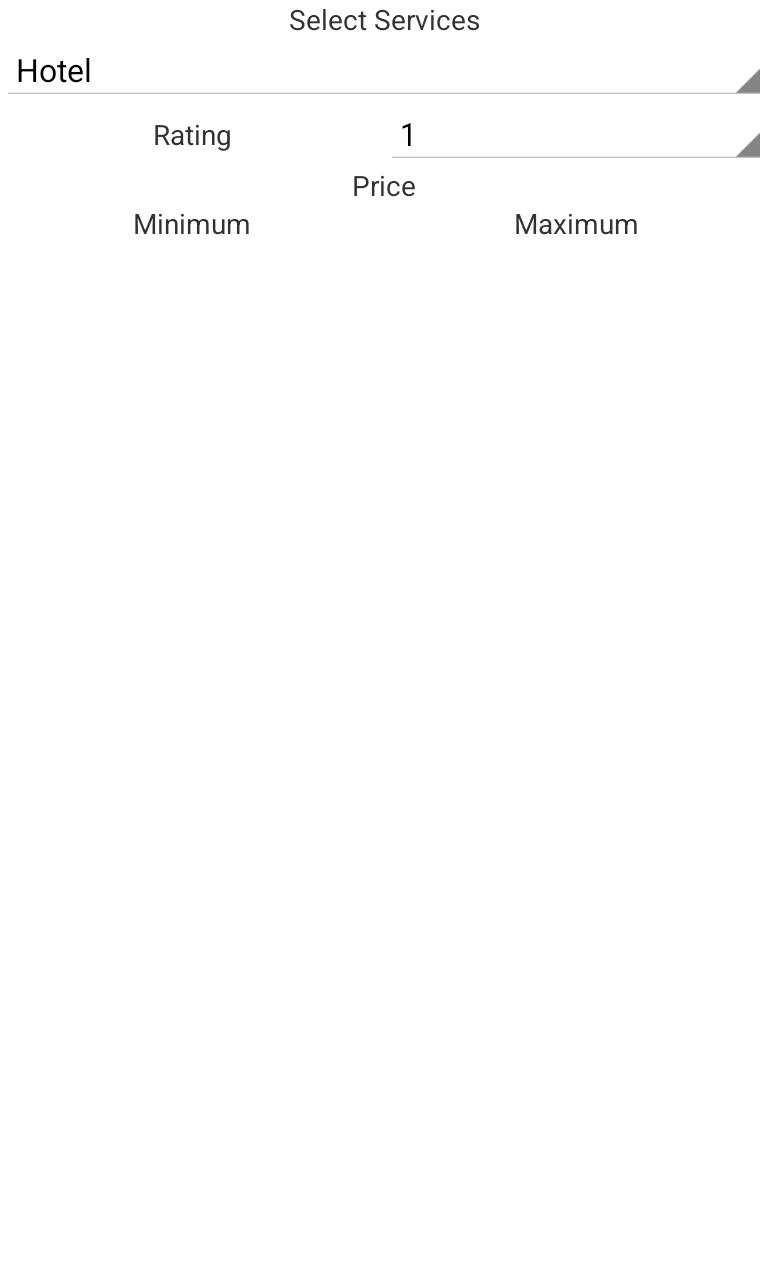
Repository: AungWinnHtut/projAndroid
Layout: com.engineer4myanmar.json.MainActivity/res/layout/activity_search.xml
These files come from the project's save history. The layout is drawn as it stood at one moment and after the next save; the edit follows.
It is drawn on a 768 x 1280 px phone screen (xhdpi) without system bars, with theme AppTheme; the app's code is not run.

Above is the layout before, as saved 2015-08-23 11:18:07.

After the next save:
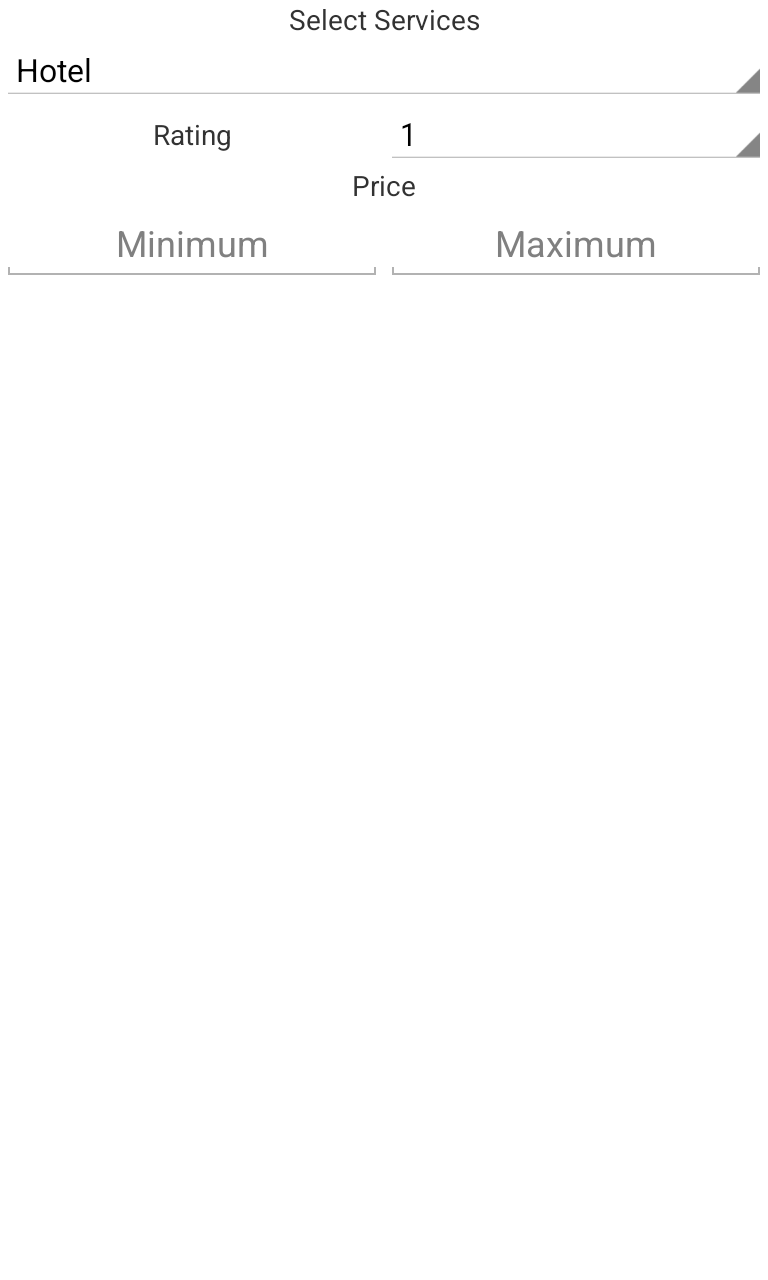
Saved 55 s later.
--- a/com.engineer4myanmar.json.MainActivity/res/layout/activity_search.xml
+++ b/com.engineer4myanmar.json.MainActivity/res/layout/activity_search.xml
@@ -66,20 +66,20 @@
         android:layout_height="wrap_content"
         android:orientation="horizontal" >
 
-        <TextView
+        <EditText
             android:layout_width="0dp"
             android:layout_height="wrap_content"
             android:layout_gravity="center"
             android:layout_weight="1"
             android:gravity="center"
-            android:text="Minimum" />
-         <TextView
+            android:hint="Minimum" />
+         <EditText
             android:layout_width="0dp"
             android:layout_height="wrap_content"
             android:layout_gravity="center"
             android:layout_weight="1"
             android:gravity="center"
-            android:text="Maximum" />
+            android:hint="Maximum" />
 
     </LinearLayout>
 
